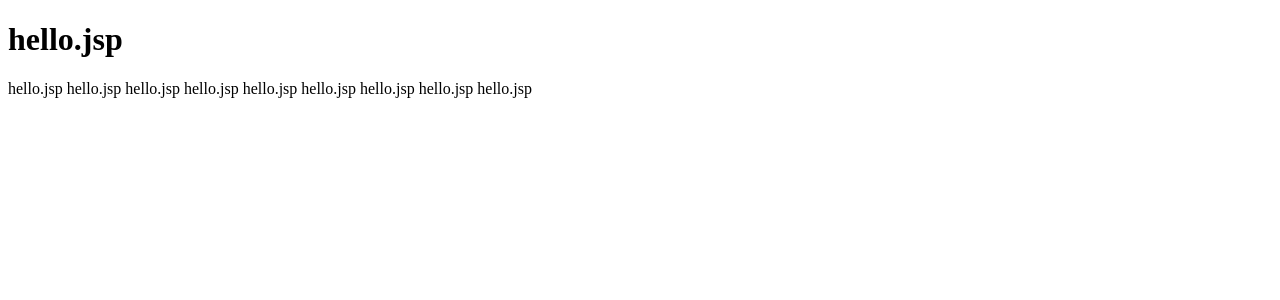
Repository: gain00/lecture1
Page: http://localhost/jsp02/hello.jsp
An editor plug-in stored every save of this project. The page is shown before and after the next save, followed by the edit.
The browser window is 1280 px wide. The pictures show the whole page.
The page is served by Tomcat 9.

Above is the page before, as saved 2023-06-02 01:10:25.

After the next save:
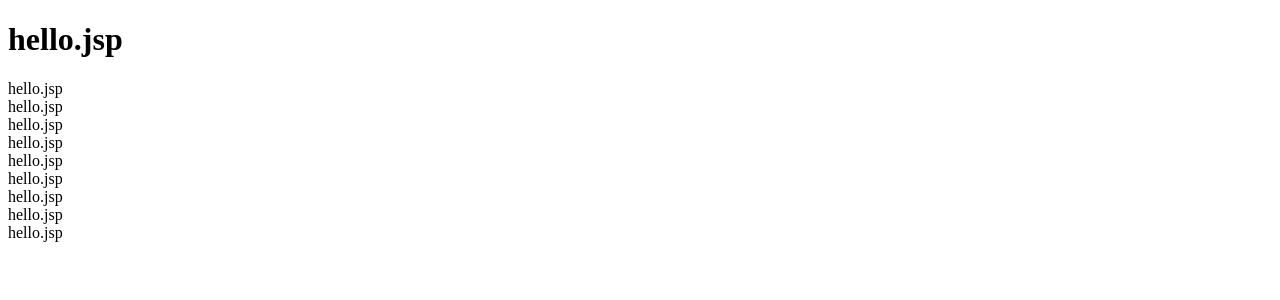
Saved 15 s later.
--- a/jsp02/src/main/webapp/hello.jsp
+++ b/jsp02/src/main/webapp/hello.jsp
@@ -14,7 +14,7 @@
 <%
 
 	for(int i =0; i<9; i++){
-		out.println("hello.jsp");
+		out.println("hello.jsp <br>");
 	}
 %>
 </body>
